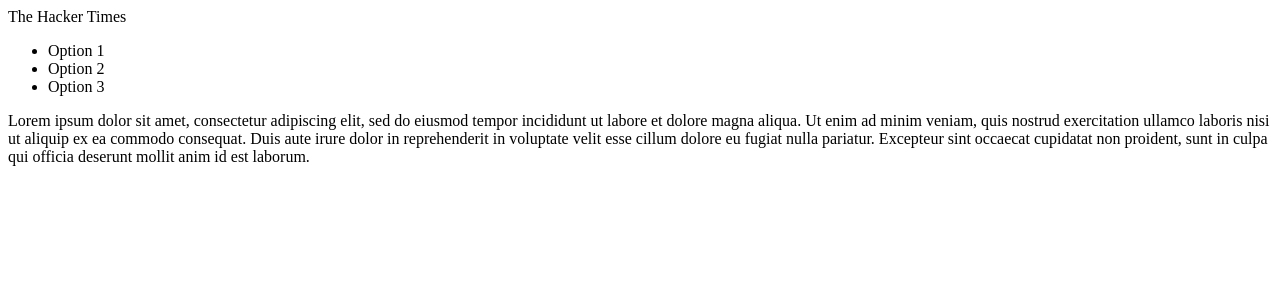
Repository: HackerUSA-CE/CSS-My-CSS-Garden
Page: index.html
An editor plug-in stored every save of this project. The page is shown before and after the next save, followed by the edit.
The browser window is 1280 px wide. The pictures show the whole page.

Above is the page before, as saved 2020-12-02 11:15:38.

### index.html
<!DOCTYPE html>
<html>

<head>
    <title>The Hacker Times</title>
</head>

<body>
    <header>
        The Hacker Times
    </header>
    <nav>
        <Ul>
            <Li>
                Option 1
            </Li>
            <Li>
                Option 2
            </Li>
            <Li>
                Option 3
            </Li>
        </Ul>
    </nav>
    <aside>
        Lorem ipsum dolor sit amet, consectetur adipiscing elit, sed do eiusmod tempor incididunt ut labore et dolore magna aliqua. Ut enim ad minim veniam, quis nostrud exercitation ullamco laboris nisi ut aliquip ex ea commodo consequat. Duis aute irure dolor
        in reprehenderit in voluptate velit esse cillum dolore eu fugiat nulla pariatur. Excepteur sint occaecat cupidatat non proident, sunt in culpa qui officia deserunt mollit anim id est laborum.
    </aside>
    <section>
        <article>

        </article>
    </section>
    <aside>

    </aside>
    <footer>

    </footer>
</body>

</html>

After the next save:
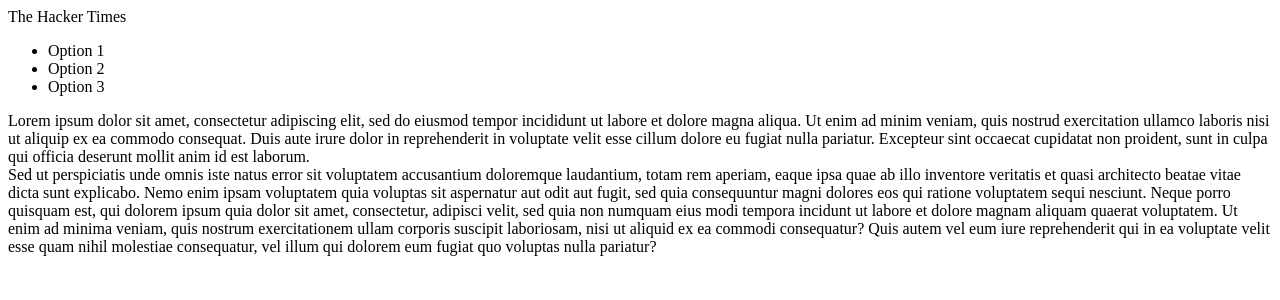
Saved 21 s later.
--- a/index.html
+++ b/index.html
@@ -27,6 +27,11 @@
         in reprehenderit in voluptate velit esse cillum dolore eu fugiat nulla pariatur. Excepteur sint occaecat cupidatat non proident, sunt in culpa qui officia deserunt mollit anim id est laborum.
     </aside>
     <section>
+        Sed ut perspiciatis unde omnis iste natus error sit voluptatem accusantium doloremque laudantium, totam rem aperiam, eaque ipsa quae ab illo inventore veritatis et quasi architecto beatae vitae dicta sunt explicabo. Nemo enim ipsam voluptatem quia voluptas
+        sit aspernatur aut odit aut fugit, sed quia consequuntur magni dolores eos qui ratione voluptatem sequi nesciunt. Neque porro quisquam est, qui dolorem ipsum quia dolor sit amet, consectetur, adipisci velit, sed quia non numquam eius modi tempora
+        incidunt ut labore et dolore magnam aliquam quaerat voluptatem. Ut enim ad minima veniam, quis nostrum exercitationem ullam corporis suscipit laboriosam, nisi ut aliquid ex ea commodi consequatur? Quis autem vel eum iure reprehenderit qui in ea
+        voluptate velit esse quam nihil molestiae consequatur, vel illum qui dolorem eum fugiat quo voluptas nulla pariatur?
+
         <article>
 
         </article>
